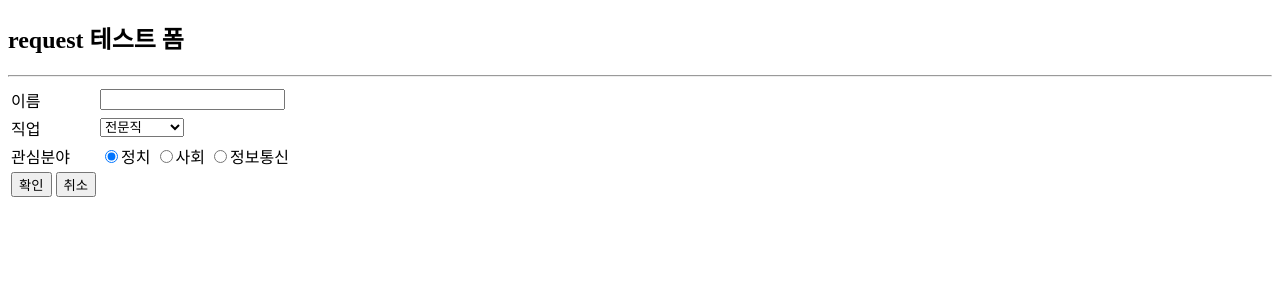
Repository: jemin7709/InternetProgramming2
Page: Pj/WebContent/request_test.html
The author's editor kept a copy of each file at every save. The page is drawn from the files as they stood at one save, then again after the next save.
The browser window is 1280 px wide. The pictures show the whole page.

Above is the page before, as saved 2021-05-13 13:33:28.

After the next save:
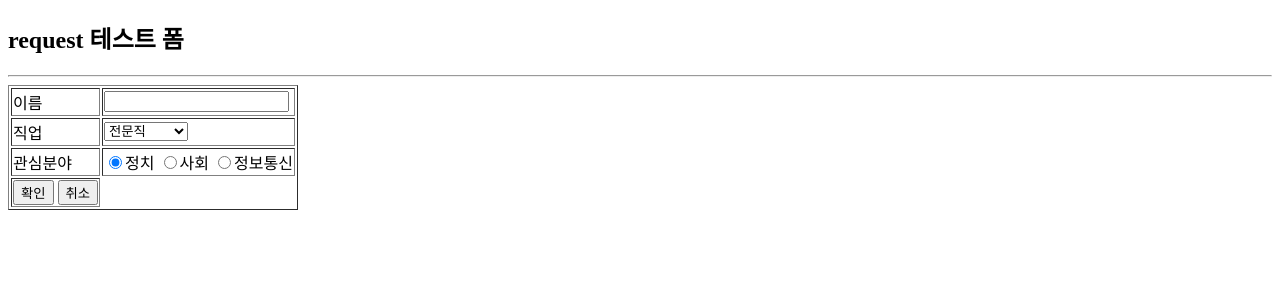
Saved 14 s later.
--- a/Pj/WebContent/request_test.html
+++ b/Pj/WebContent/request_test.html
@@ -8,7 +8,7 @@
 <h2>request 테스트 폼</h2>
 <hr>
 <form method="post" action="request_test.jsp">
-<table border="0.5px">
+<table border="solid 0.5px">
 	<tbody>
 		<tr>
 			<td>이름</td>

After the save that followed:
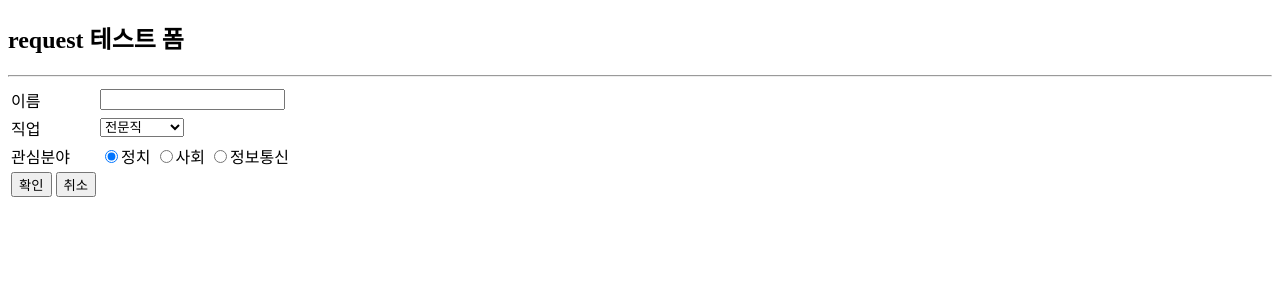
Saved 49 s later.
--- a/Pj/WebContent/request_test.html
+++ b/Pj/WebContent/request_test.html
@@ -8,7 +8,7 @@
 <h2>request 테스트 폼</h2>
 <hr>
 <form method="post" action="request_test.jsp">
-<table border="solid 0.5px">
+<table border="0.5px">
 	<tbody>
 		<tr>
 			<td>이름</td>
